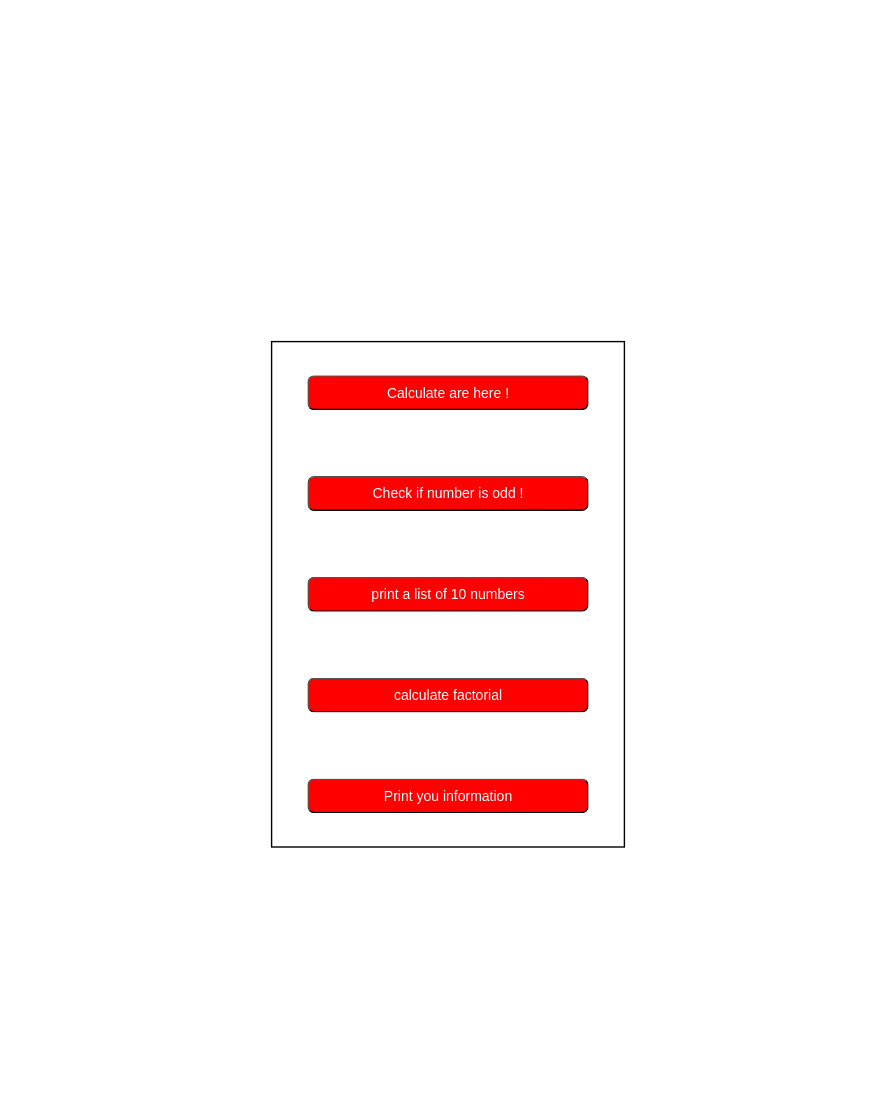
Repository: EMERIC237/codeFi-js
Page: week3/index.html
An editor plug-in stored every save of this project. The page is shown before and after a run of saves, followed by the edit.
The browser window is 1280 px wide. The pictures show the whole page, at 70% of full size.

Above is the page before, as saved 2023-08-31 20:27:00.
Console error: SyntaxError: Unexpected token '{'

After the next 3 saves:
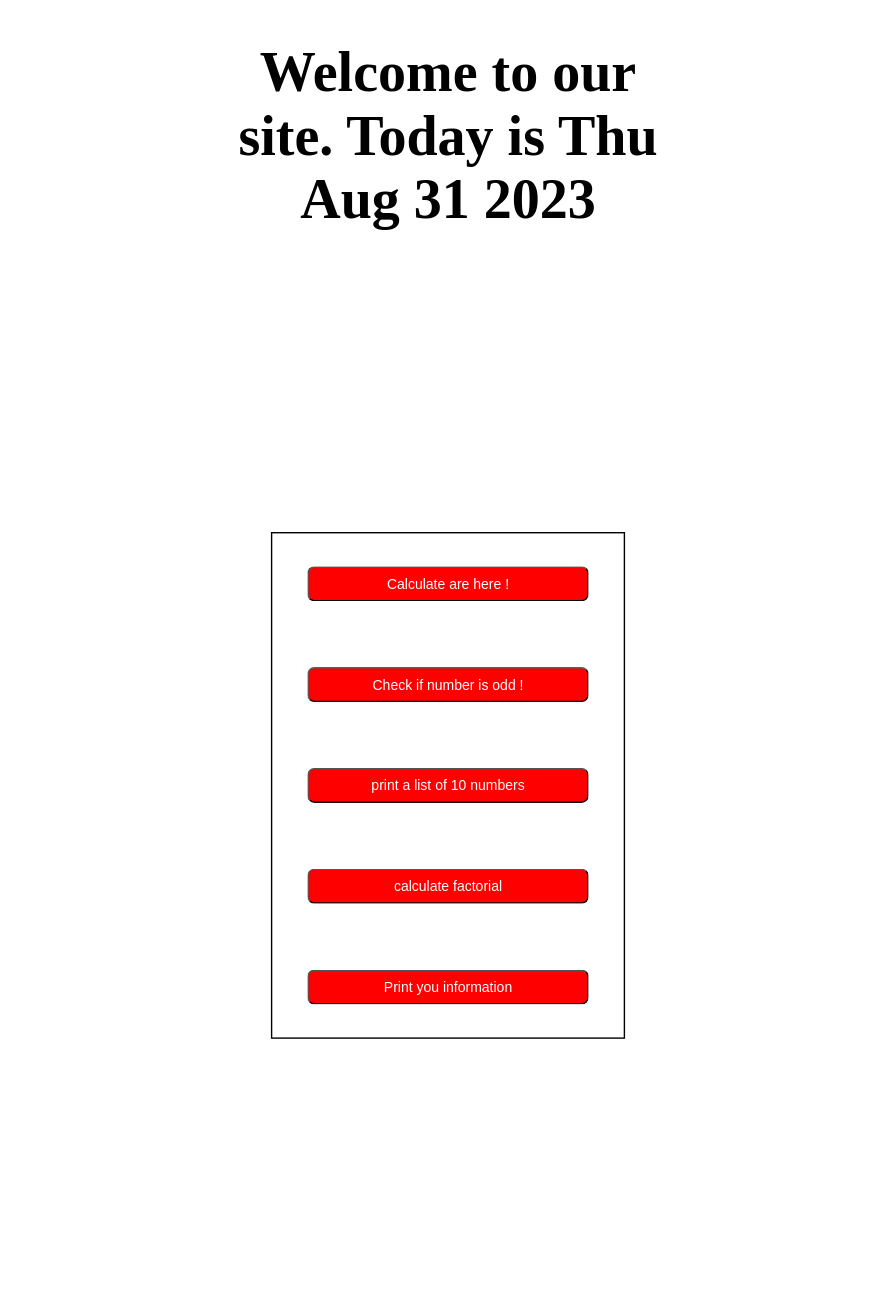
The error is gone.
The 3 saves are shown as one change because they came seconds apart.
The last was saved 6 days later.
--- a/week3/main.js
+++ b/week3/main.js
@@ -58,7 +58,7 @@ console.log("generated number: " + num);
 
 // Exercise 10 --> see previous execise
 // Exercise 11
-printInfos(){
+function printInfos(){
   const element = document.createElement('div');
   // print the user infos in the div
   element.innerHTML = `
